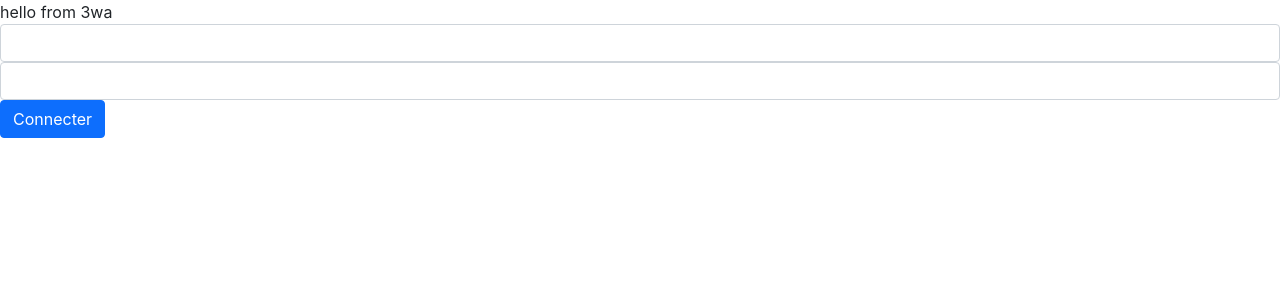
Repository: FS-23/react-task-manager
Page: /login
The author's editor kept a copy of each file at every save. The page is drawn from the files as they stood at one save, then again after the next save.
The browser window is 1280 px wide. The pictures show the whole page.
The project was rebuilt for these pictures with package versions that can differ from the ones it lists, and the page was loaded fresh each time.

Above is the page before, as saved 2022-04-28 12:56:15.

### public/index.html
<!DOCTYPE html>
<html lang="en">
  <head>
    <meta charset="utf-8" />
    <link rel="icon" href="%PUBLIC_URL%/favicon.ico" />
    <meta name="viewport" content="width=device-width, initial-scale=1" />
    <meta name="theme-color" content="#000000" />
    <meta  name="description" content="Web site created using create-react-app"/>
    <link rel="apple-touch-icon" href="%PUBLIC_URL%/logo192.png" />

    <link rel="manifest" href="%PUBLIC_URL%/manifest.json" />

    <title>React App</title>

    <!-- CSS only -->
   <link href="https://cdn.jsdelivr.net/npm/bootstrap@5.1.3/dist/css/bootstrap.min.css" rel="stylesheet" >
  </head>
  <body>
    <noscript>You need to enable JavaScript to run this app.</noscript>
    <div id="root"></div>


    <!-- JavaScript Bundle with Popper -->
    <script src="https://cdn.jsdelivr.net/npm/bootstrap@5.1.3/dist/js/bootstrap.bundle.min.js"></script>
  </body>
</html>

### src/index.js
import React from 'react';
import ReactDOM from 'react-dom/client';
import './index.css';
import App from './App';
//import 'https://cdn.jsdelivr.net/npm/bootstrap@5.1.3/dist/css/bootstrap.min.css'

const root = ReactDOM.createRoot(document.getElementById('root'));
root.render(
  <React.StrictMode>
    <App />
  </React.StrictMode>
);

// If you want to start measuring performance in your app, pass a function
// to log results (for example: reportWebVitals(console.log))
// or send to an analytics endpoint. Learn more: https://bit.ly/CRA-vitals

### src/App.js

import Login from "./components/Login";
function App() {
  return (
    <div className="App">
         hello from 3wa
         <Login />
    </div>
  );
}




export default App;

### src/components/Login.js
function Login(){
     return(
         <>
             <div>
                 <form>
                     <input className="form-control"/>
                     <input className="form-control"/>
                     <button className="btn btn-primary">Connecter</button>
                 </form>
             </div>
         </>
     )
}

export default Login

Loaded but not shown: src/index.css (common file)

After the next save:
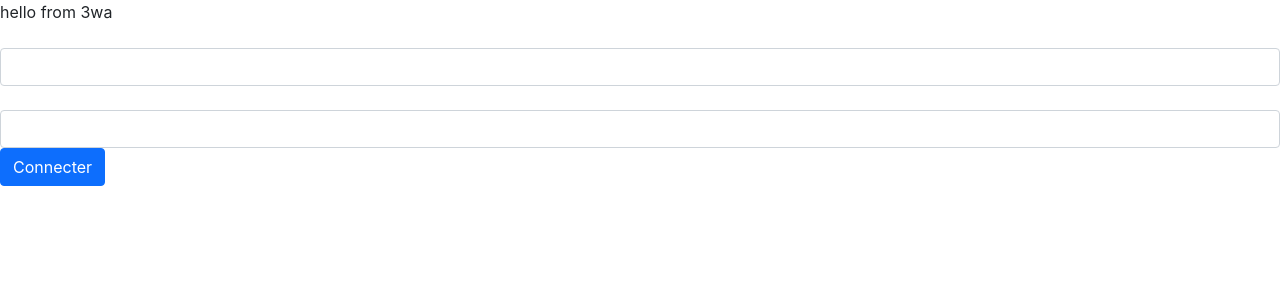
Saved 56 s later.
--- a/src/components/Login.js
+++ b/src/components/Login.js
@@ -3,8 +3,12 @@
          <>
              <div>
                  <form>
-                     <input className="form-control"/>
-                     <input className="form-control"/>
+                     <div className="mt-4">
+                        <input className="form-control"/>
+                     </div>
+                     <div className="mt-4">
+                       <input className="form-control"/>
+                     </div>
                      <button className="btn btn-primary">Connecter</button>
                  </form>
              </div>
